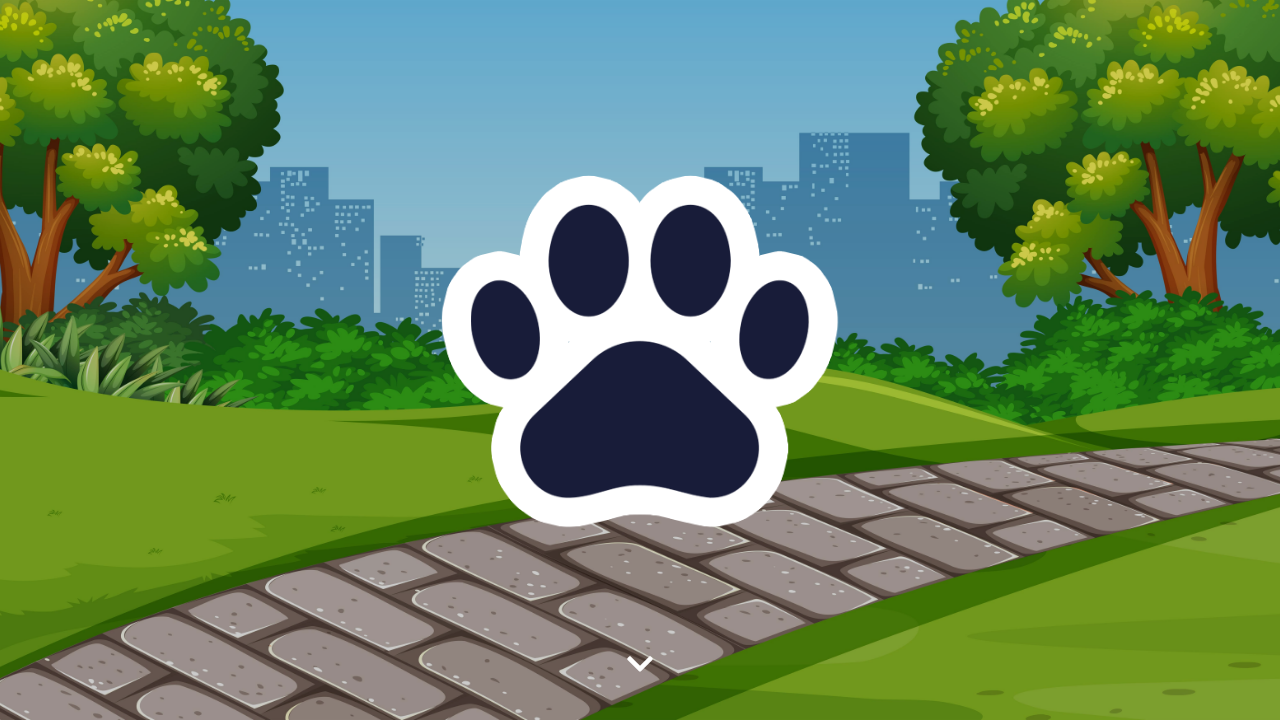
Repository: Emanuele-Sgroi/Pawfect-Diet-App-Showcase
Page: /
The author's editor kept a copy of each file at every save. The page is drawn from the files as they stood at one save, then again after the next save.
The browser window is 1280 px wide. The pictures show the whole page.
The project was rebuilt for these pictures with package versions that can differ from the ones it lists, and the page was loaded fresh each time. The framework's server and built-in components were replaced by stand-ins that run in the browser. Also part of the build but not shown: next.config.mjs.

Above is the page before, as saved 2025-04-18 13:06:42.

### src/app/page.js
import HeroSection from "@/components/HeroSection";

export default function Home() {
  return (
    <main>
      <HeroSection />
    </main>
  );
}

### src/components/HeroSection.js
"use client";

import Image from "next/image";
import { Link as ScrollLink } from "react-scroll";
import { FaChevronDown } from "react-icons/fa";
import images from "@/utils/importImages";

export default function HeroSection() {
  return (
    <section
      id="hero"
      className="relative h-screen w-full flex flex-col justify-center items-center text-white"
    >
      {/* Background Image */}
      <Image
        src={images.hero_bg}
        alt="Hero Background"
        fill
        className="object-cover"
        priority
      />

      {/* Overlay */}
      <div className="absolute inset-0 bg-black/20 z-10" />

      {/* Centered Logo */}
      <div className="z-20 flex flex-col items-center">
        <Image
          src={images.logo_white}
          alt="App Logo"
          width={200}
          height={200}
          className="mb-4 w-[500px] h-auto max-w-[80%]"
        />
      </div>

      {/* Scroll Arrow */}
      <ScrollLink
        to="about"
        smooth={true}
        duration={500}
        className="absolute bottom-10 z-20 cursor-pointer"
      >
        <FaChevronDown className="text-3xl animate-bounce" />
      </ScrollLink>
    </section>
  );
}

### src/utils/importImages.js
import hero_bg from "../../public/images/hero_bg.jpg";
import logo_white from "../../public/images/logo_white.png";

const images = { hero_bg, logo_white };

export default images;

Loaded but not shown: src/app/layout.js (common file); src/app/globals.css (common file)

After the next save:
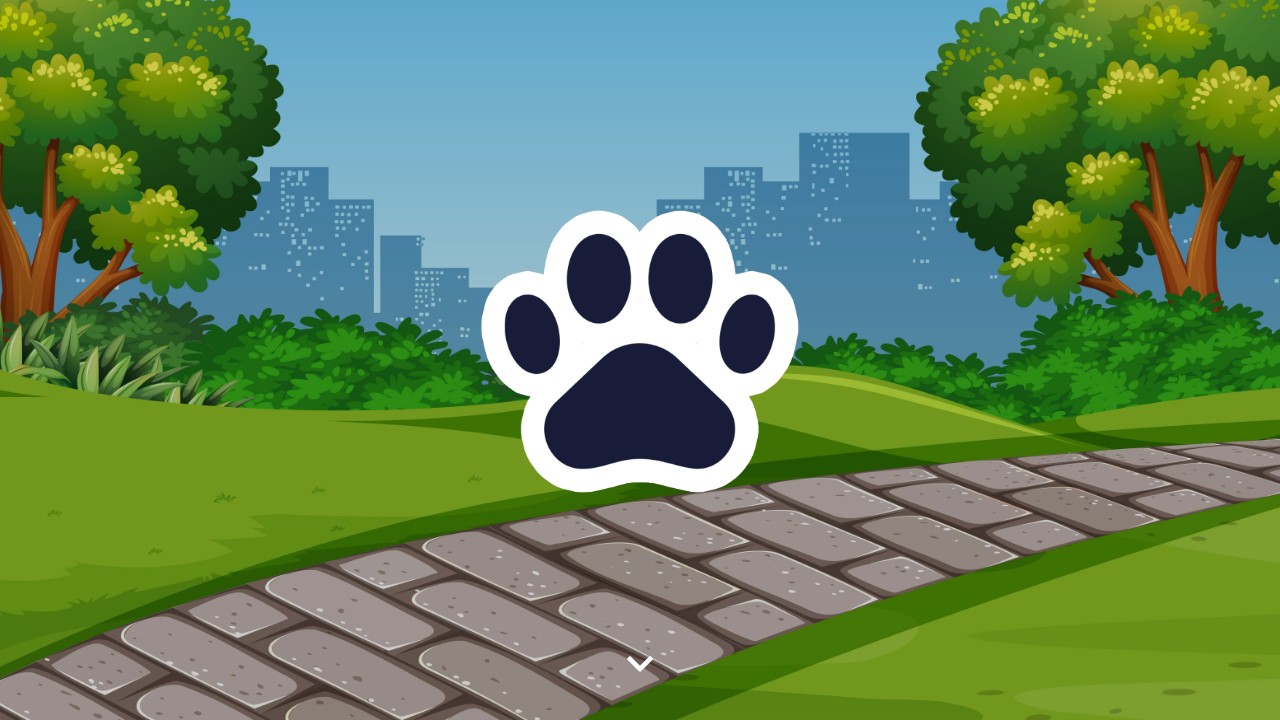
Saved 37 s later.
--- a/src/components/HeroSection.js
+++ b/src/components/HeroSection.js
@@ -30,7 +30,7 @@
           alt="App Logo"
           width={200}
           height={200}
-          className="mb-4 w-[500px] h-auto max-w-[80%]"
+          className="mb-4 w-[400px] h-auto max-w-[80%]"
         />
       </div>
 
